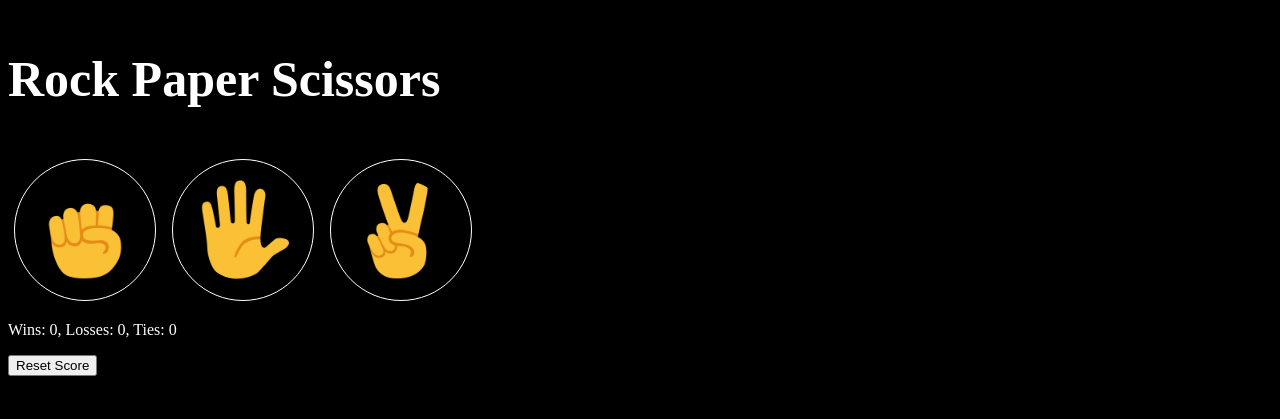
Repository: pgyunknown/Rock_paper_scissors-
Page: index.html
These files come from the project's save history. The page is drawn as it stood at one moment and after a run of saves; the edit follows.
The browser window is 1280 px wide. The pictures show the whole page.

Above is the page before, as saved 2024-08-30 17:13:42.

After the next 3 saves:
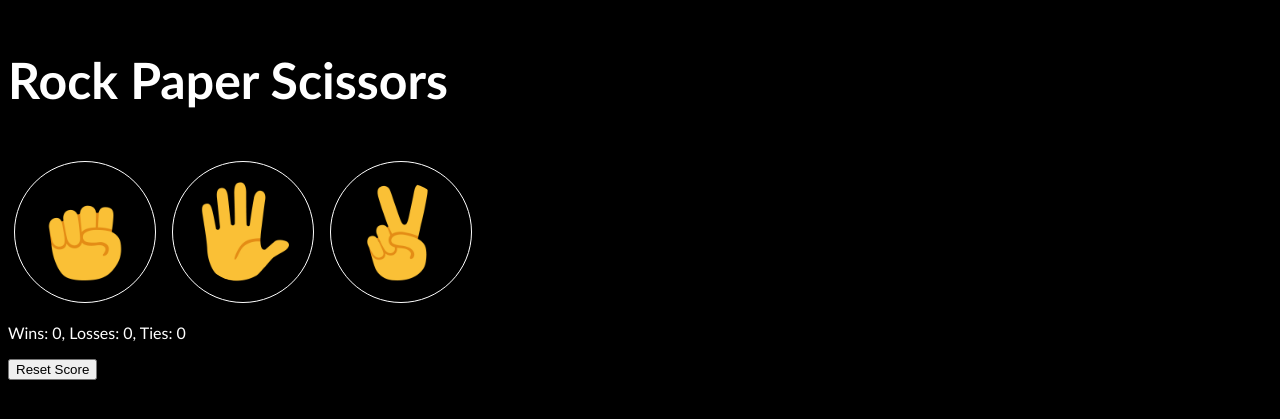
The 3 saves are shown as one change because they came seconds apart.
The last was saved 25 s later.
--- a/index.css
+++ b/index.css
@@ -1,6 +1,7 @@
 body{
   background-color: black;
   color: white;
+  font-family: 'Gill Sans', 'Gill Sans MT', Calibri, 'Trebuchet MS', sans-serif;
 }
 .title{
   font-size: 50px;
